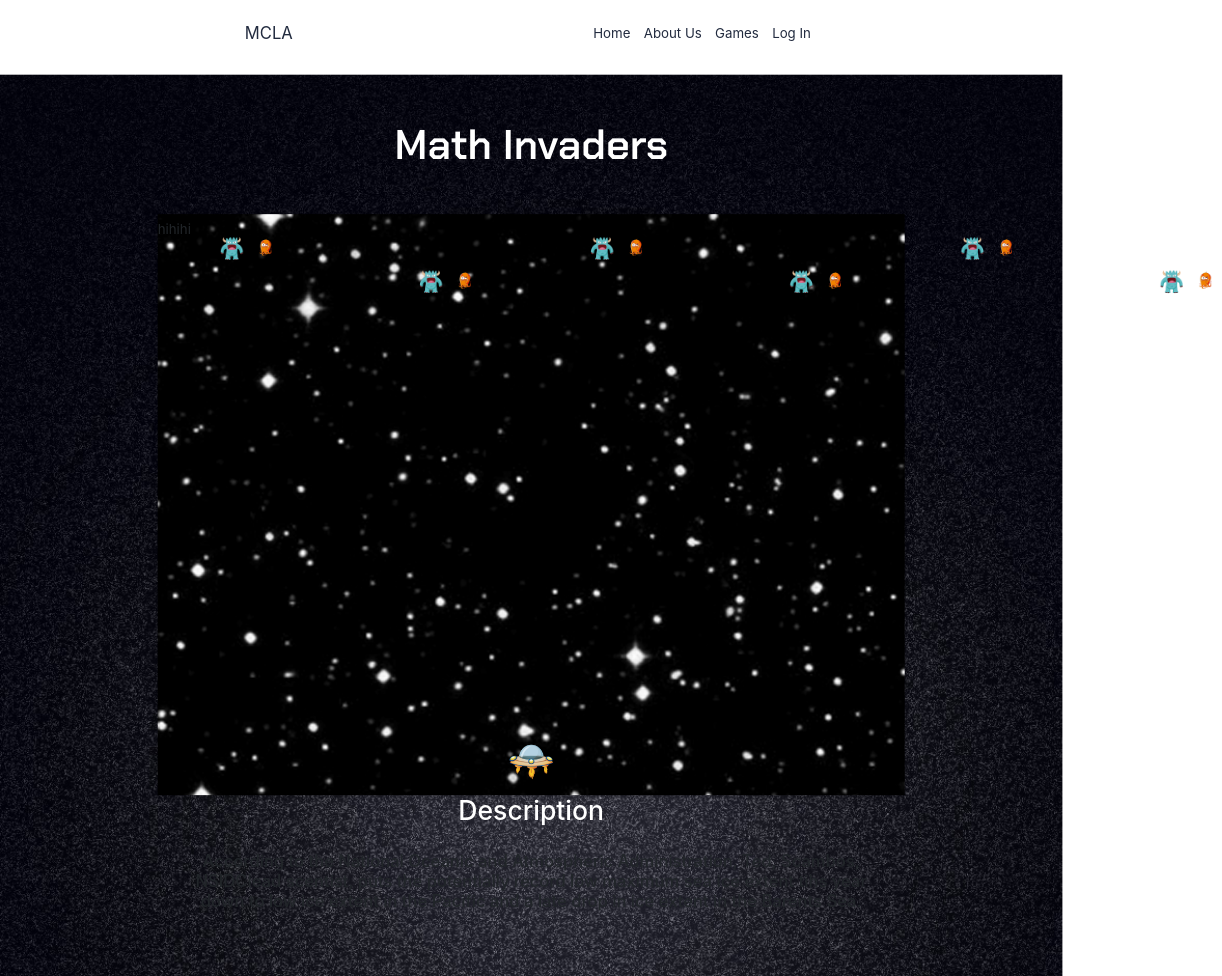
Repository: kkyler24/MathInvader
Page: index.html
An editor plug-in stored every save of this project. The page is shown before and after the next save, followed by the edit.
The browser window is 1280 px wide. The page is 1472 px wide, then 1280 px, so the pictures cover 1472 px, including what lies to the right of the window. The pictures show the whole page, at 83% of full size.
Some web libraries are served in a nearby version.

Above is the page before, as saved 2020-07-20 15:58:43.

After the next save:
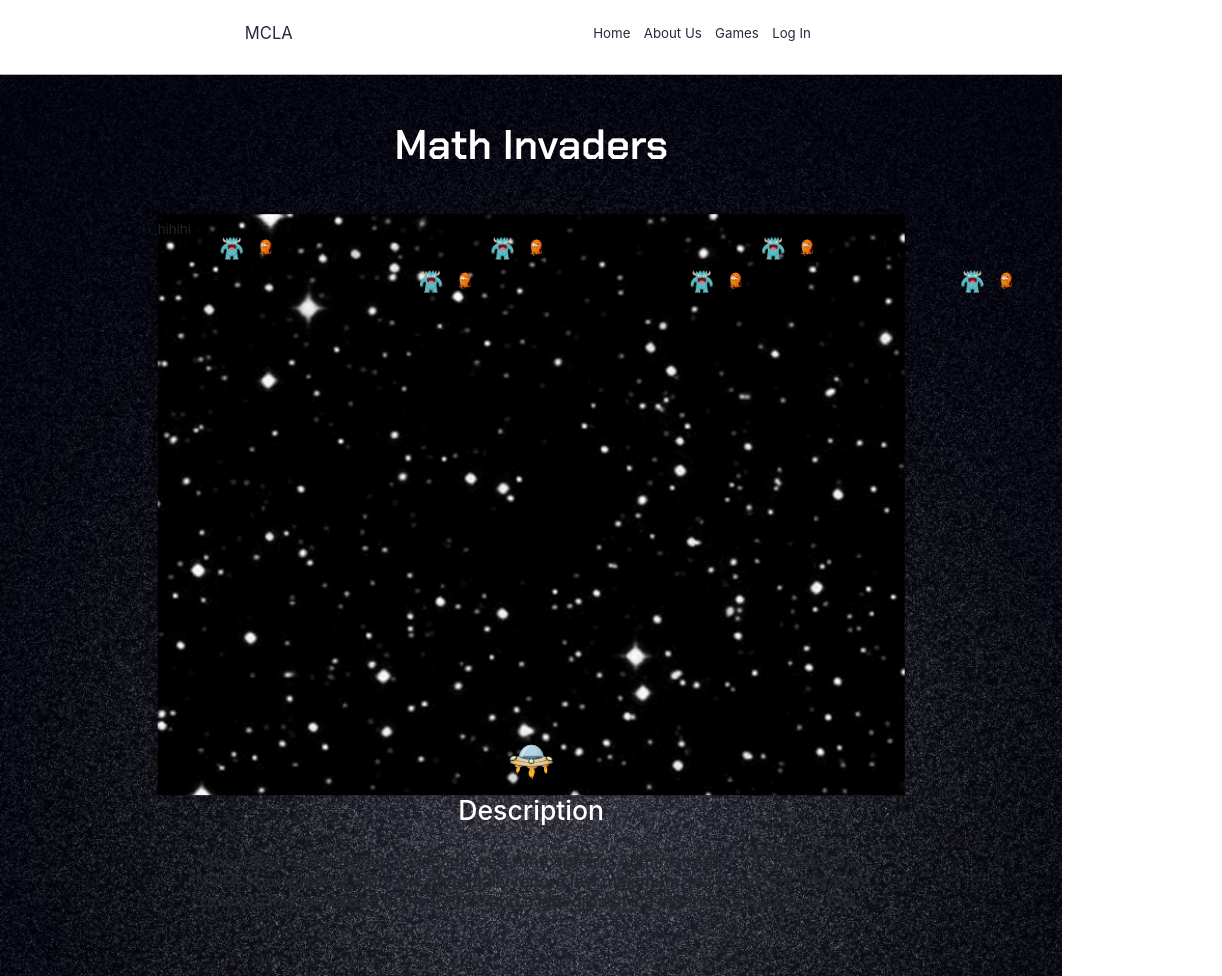
Saved 13 s later.
--- a/jsFolder/game.js
+++ b/jsFolder/game.js
@@ -287,7 +287,7 @@ function init() {
   createPlayer($container);
 
   const enemySpacing =
-    (GAME_WIDTH - ENEMY_HORIZONTAL_PADDING * -10) / ENEMIES_PER_ROW - 0.5;
+    (GAME_WIDTH - ENEMY_HORIZONTAL_PADDING * 2) / ENEMIES_PER_ROW - 0.5;
   for (let j = 0; j < 2; j++) {
     const y = ENEMY_VERTICAL_PADDING + j * ENEMY_VERTICAL_SPACING;
     for (let i = 0; i < ENEMIES_PER_ROW; i++) {
